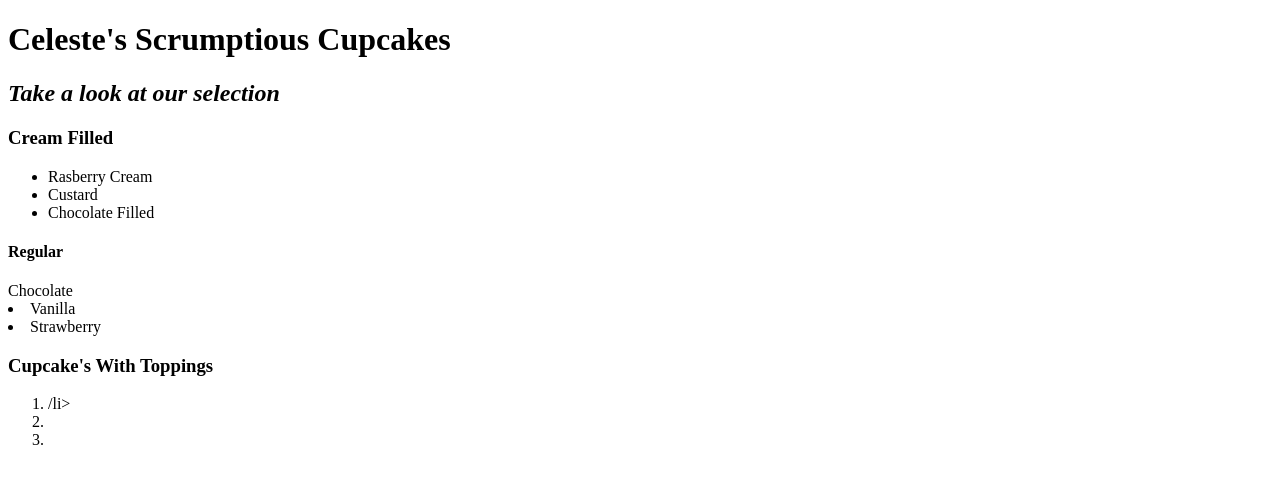
Repository: fieldceleste/Best-Vacation
Page: Desktop/cupcake-shop.html/cupcake-shop.html
An editor plug-in stored every save of this project. The page is shown before and after the next save, followed by the edit.
The browser window is 1280 px wide. The pictures show the whole page.

Above is the page before, as saved 2019-10-25 19:54:25.

### Desktop/cupcake-shop.html/cupcake-shop.html
<!DOCTYPE html>
<html>
  <head>
    <title>Celeste's Cupcakes</title>
  </head>
  <body>
    <h1>Celeste's Scrumptious Cupcakes</h1>
    <h2><em>Take a look at our selection</em></h2>

    <h3><strong>Cream Filled</strong></h3>
    <ul>
      <li>Rasberry Cream</li>
      <li>Custard</li>
      <li>Chocolate Filled</li>

    </ul>
    <h4>Regular</h4>
      </li>Chocolate</li>
      <li>Vanilla</li>
      <li>Strawberry</li>
    </ul>

    <h3>Cupcake's With Toppings</h3>


    <ol>
      <li>/li>
      <li></li>
      <li></li>
    </ol>

    <p></p>
  </body>
</html>

After the next save:
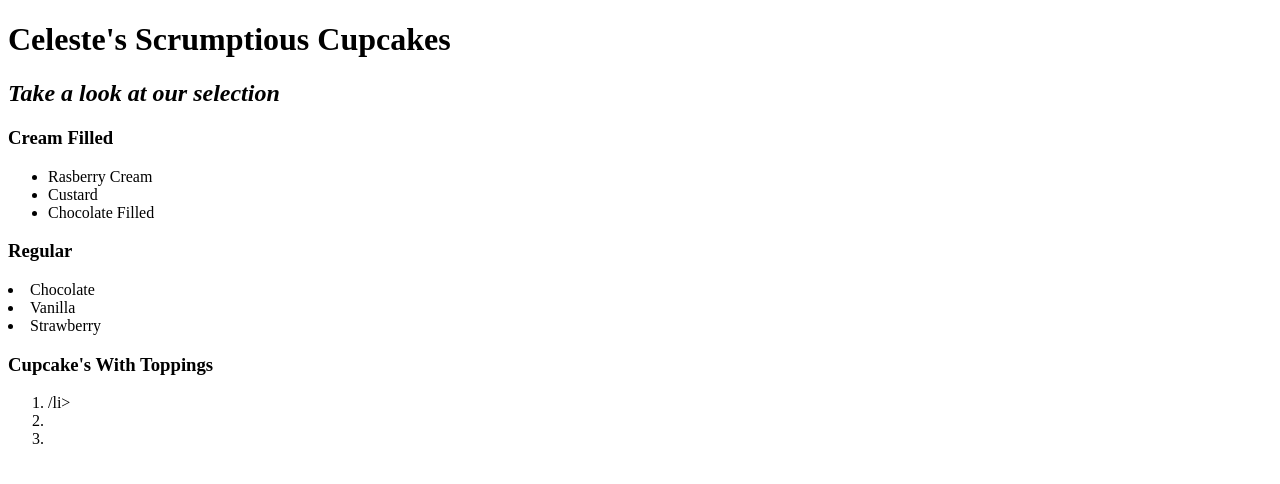
Saved 20 s later.
--- a/Desktop/cupcake-shop.html/cupcake-shop.html
+++ b/Desktop/cupcake-shop.html/cupcake-shop.html
@@ -14,8 +14,8 @@
       <li>Chocolate Filled</li>
 
     </ul>
-    <h4>Regular</h4>
-      </li>Chocolate</li>
+    <h3>Regular</h3>
+      <li>Chocolate</li>
       <li>Vanilla</li>
       <li>Strawberry</li>
     </ul>
